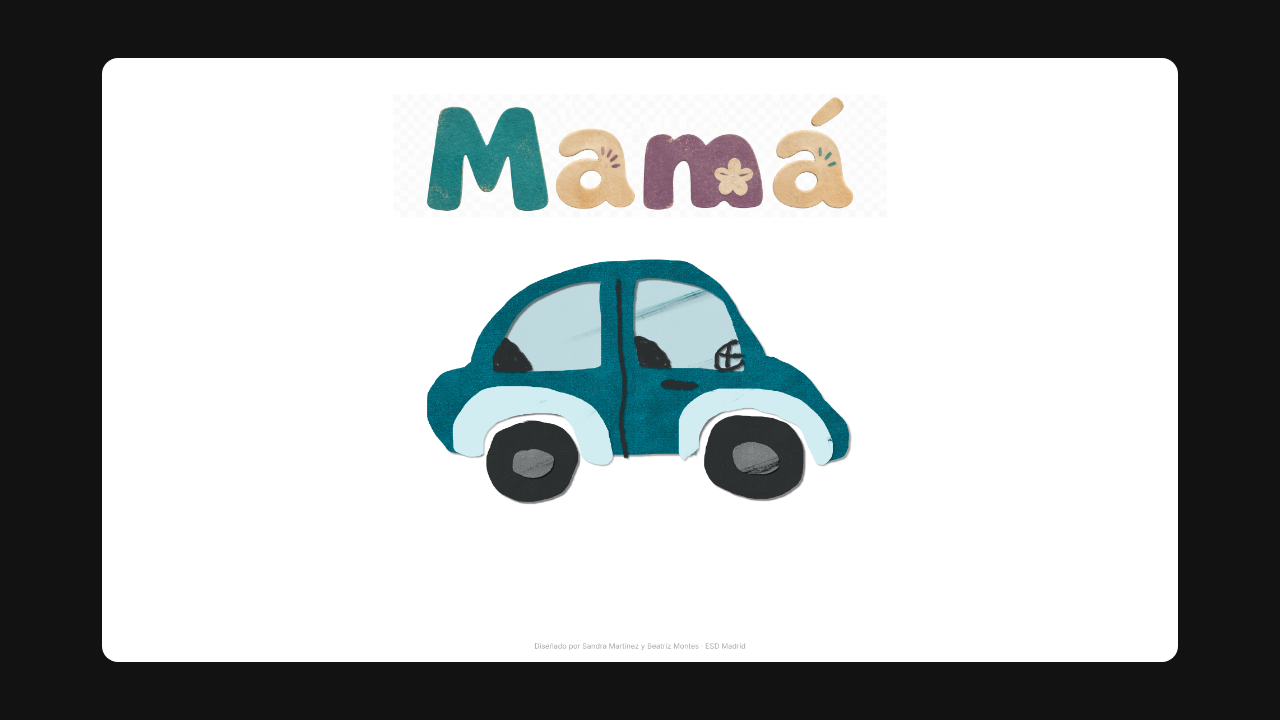
Repository: kirbyeater23/videoJuego
Page: index.html
The author's editor kept a copy of each file at every save. The page is drawn from the files as they stood at one save, then again after the next save.
The browser window is 1280 px wide. The pictures show the whole page.

Above is the page before, as saved 2026-05-04 18:18:52.

### index.html
<!DOCTYPE html>
<html lang="es">
<head>
  <meta charset="UTF-8">
  <meta name="viewport" content="width=device-width, initial-scale=1.0">
  <title>EMPATIA</title>
  <style>
    @import url('https://fonts.googleapis.com/css2?family=Inter:ital,opsz,wght@0,14..32,100..900;1,14..32,100..900&display=swap');
    *, *::before, *::after {
      box-sizing: border-box;
      margin: 0;
      padding: 0;
      -webkit-tap-highlight-color: transparent;
    }
    [v-cloak] { display: none; }
    html, body, #app {
      width: 100%;
      height: 100%;
      background: #fff;
      overflow: hidden;
    }
    body {
      display: flex;
      justify-content: center;
      align-items: center;
      font-family: Inter;
    }
    .game-shell {
      position: relative;
      width: 100vw;
      height: 100vh;
      display: flex;
      justify-content: center;
      align-items: center;
      background: #121212;
      overflow: hidden;
    }
    canvas {
      display: block;
      image-rendering: auto;
      cursor: pointer;
      max-width: none;
      max-height: none;
      border-radius: 16px;
      -webkit-user-select: none;
      user-select: none;
      touch-action: manipulation;
    }
    .vue-hud {
      position: absolute;
      inset: 0;
      pointer-events: none;
      color: #fff;
    }
    .hint-chip {
      position: absolute;
      left: 50%;
      top: calc(var(--game-canvas-top, 0px) - 8px);
      transform: translate(-50%, -100%);
      padding: 1rem;
      background: rgba(130, 126, 126, 0.88);
      color: rgba(255,255,255,0.82);
      font-family: Inter;
      font-weight: 700;
      font-size: 14px;
      line-height: 1;
      white-space: nowrap;
      border-radius: 50px;
      @media (max-width: 720px){
        font-size: 10px;
        padding: .5rem;
        margin-bottom: 2rem;

      }
    }
    .hud-asset {
      position: absolute;
      pointer-events: none;
    }
    .hud-img {
      display: block;
      width: 100%;
      height: auto;
      user-select: none;
      -webkit-user-select: none;
      -webkit-user-drag: none;
      pointer-events: none;
    }
    .tasks-paper {
      left: clamp(8px, 1.6vw, 22px);
      top: clamp(8px, 2.2vh, 24px);
      width: clamp(92px, 15vw, 250px);
      filter: drop-shadow(4px 8px 3px rgba(0,0,0,0.22));
    }
    .tasks-lines {
      position: absolute;
      left: 28%;
      top: 22%;
      width: 52%;
      color: #e84444;
      font-size: clamp(5px, 0.68vw, 11px);
      line-height: 1.1;
      font-family: Inter;
      font-weight: 700;
      transform: rotate(-1deg);
    }
    .tasks-title {
      font-size: 1.12em;
      margin-bottom: 3px;
    }
    .tasks-section {
      margin-top: 3px;
    }
    .tasks-heading {
      color: #8a170a;
      font-size: 0.78em;
      text-transform: uppercase;
      letter-spacing: 0;
      margin-bottom: 0.5rem;
    }
    .tasks-item {
      overflow: hidden;
      text-overflow: ellipsis;
      white-space: nowrap;
      margin-bottom: 1px;
    }
    .clock-object {
      right: clamp(8px, 1.6vw, 22px);
      top: clamp(8px, 3.5vh, 38px);
      width: clamp(64px, 10.5vw, 160px);
      filter: drop-shadow(3px 5px 2px rgba(0,0,0,0.28));
    }
    .clock-text {
      position: absolute;
      inset: 35% 17% 24% 14%;
      display: flex;
      align-items: center;
      justify-content: center;
      color: #9d2e22;
      font: 700 clamp(16px, 2.4vw, 31px)/1 Inter;
      transform: rotate(-1deg);
    }
    .notice {
      position: absolute;
      right: clamp(-18px, -1vw, -6px);
      top: clamp(72px, 12vh, 132px);
      width: clamp(260px, 48vw, 680px);
      aspect-ratio: 4.55;
      min-height: clamp(44px, 7vw, 74px);
      padding: clamp(10px, 1.8vw, 20px) clamp(12px, 2.2vw, 26px) clamp(8px, 1.4vw, 16px) clamp(72px, 13vw, 178px);
      background-image: url('assets/img/objetos/notificacion.png');
      background-repeat: no-repeat;
      background-size: 100% auto;
      background-position: center;
      color: #fff;
      display: flex;
      align-items: center;
      justify-content: center;
      text-align: center;
      font-size: clamp(10px, 1.1vw, 18px);
      line-height: 1.3;

      filter: drop-shadow(3px 8px 3px rgba(0,0,0,0.18));
      overflow: hidden;
    }
    .notice-text {
      display: -webkit-box;
      -webkit-box-orient: vertical;
      -webkit-line-clamp: 3;
      overflow: hidden;
    }
    .fade-layer {
      position: absolute;
      inset: 0;
      background: #000;
      opacity: 0;
      pointer-events: none;
    }
    .touch-controls {
      position: absolute;
      left: 50%;
      top: calc(var(--game-canvas-bottom, 100vh) + 14px);
      z-index: 5;
      display: none;
      gap: 18px;
      transform: translateX(-50%);
      pointer-events: auto;
    }
    .touch-btn {
      width: 62px;
      height: 62px;
      border: 0;
      border-radius: 50%;
      background: rgba(130, 126, 126, 0.92);
      color: #fff;
      font-family: Inter;
      font-size: 34px;
      font-weight: 800;
      line-height: 1;
      box-shadow: 0 8px 18px rgba(0,0,0,0.22);
      touch-action: none;
      user-select: none;
      -webkit-user-select: none;
      -webkit-touch-callout: none;
    }
    .touch-btn:active {
      transform: scale(0.96);
      background: rgba(95, 93, 93, 0.95);
    }
    .vue-hud.is-title .tasks-paper,
    .vue-hud.is-title .clock-object,
    .vue-hud.is-title .notice,
    .vue-hud.is-title .hint-chip {
      display: none;
    }
    @media (max-width: 720px) {
      .tasks-paper { width: clamp(78px, 27vw, 132px); left: 8px; top: 10px; }
      .tasks-lines { font-size: clamp(4.5px, 1.35vw, 6.5px); }
      .clock-object { width: clamp(56px, 18vw, 86px); right: 8px; top: 12px; }
      .notice { top: 76px; width: 330px; min-height: 54px; padding: 15px 18px 10px 92px; font-size: 10px; }
      .hint-chip { font-size: 10px; max-width: calc(100vw - 24px); overflow: hidden; text-overflow: ellipsis; }
      .touch-controls { display: flex; margin-top: 4rem; }
    }
    @media (max-width: 720px) and (orientation: portrait) {
      .tasks-paper { top: 12px; width: clamp(82px, 29vw, 128px); }
      .clock-object { top: 14px; width: clamp(58px, 19vw, 84px); }
      .notice {
        top: clamp(58px, 12vh, 86px);
        right: -74px;
        width: clamp(300px, 92vw, 430px);
        min-height: clamp(44px, 13vw, 58px);
        padding: clamp(10px, 3vw, 15px) clamp(74px, 21vw, 92px) clamp(8px, 2.5vw, 13px) clamp(74px, 21vw, 92px);
        font-size: clamp(0px, 2.5vw, 10px);
      }
    }
    @media (max-height: 560px) and (orientation: landscape) {
      .tasks-paper { width: clamp(80px, 12vw, 142px); top: 6px; }
      .tasks-lines { font-size: clamp(4.5px, 0.72vw, 7px); }
      .clock-object { width: clamp(58px, 8vw, 92px); top: 8px; }
      .notice {
        top: clamp(42px, 11vh, 64px);
        right: clamp(-120px, -10vw, -62px);
        width: clamp(340px, 46vw, 560px);
        min-height: clamp(42px, 6vw, 62px);
        padding: clamp(10px, 1.7vw, 18px) clamp(86px, 10vw, 140px) clamp(8px, 1.3vw, 14px) clamp(86px, 10vw, 140px);
        font-size: clamp(9px, 1.3vw, 13px);
      }
    }
    @media (max-height: 560px) and (orientation: landscape) {
      .touch-controls {
        left: 0;
        top: 50%;
        width: 100%;
        display: flex;
        justify-content: space-between;
        padding: 0 max(10px, calc(var(--game-canvas-left, 0px) - 74px));
        transform: translateY(-50%);
      }
    }
  </style>
</head>
<body>
  <div id="app" v-cloak>
    <main class="game-shell">
      <canvas id="c"></canvas>
      <section class="vue-hud" :class="{ 'is-title': titleActive }">
        <div class="hud-asset tasks-paper">
          <img class="hud-img" src="assets/img/objetos/tareas.png" alt="" draggable="false">
          <div class="tasks-lines">
            <div class="tasks-title">Tareas</div>
            <div class="tasks-section" v-if="currentTasks.length">
              <div class="tasks-heading">Ahora</div>
              <div class="tasks-item" v-for="(task, i) in currentTasks" :key="'current-' + i + '-' + task">{{ task }}</div>
            </div>
            <div class="tasks-section" v-if="completedTasks.length">
              <div class="tasks-heading">Hechas</div>
              <div class="tasks-item" v-for="(task, i) in completedTasks.slice(-3)" :key="'done-' + i + '-' + task">✓ {{ task }}</div>
            </div>
            <div class="tasks-section" v-if="missedTasks.length">
              <div class="tasks-heading">Faltan</div>
              <div class="tasks-item" v-for="(task, i) in missedTasks.slice(-4)" :key="'missed-' + i + '-' + task">• {{ task }}</div>
            </div>
          </div>
        </div>
        <div class="hud-asset clock-object">
          <img class="hud-img" src="assets/img/objetos/relojVacioContador.png" alt="" draggable="false">
          <div class="clock-text">{{ clock }}</div>
        </div>
        <div class="notice" v-show="notification"><span class="notice-text">{{ notification }}</span></div>
        <div class="hint-chip">A / D para moverte · clic para interactuar</div>
        <div class="fade-layer" ref="fadeLayer"></div>
      </section>
      <div class="touch-controls" aria-label="Controles táctiles">
        <button class="touch-btn" type="button" data-move-key="left" aria-label="Mover a la izquierda">‹</button>
        <button class="touch-btn" type="button" data-move-key="right" aria-label="Mover a la derecha">›</button>
      </div>
    </main>
  </div>
  <script src="https://unpkg.com/vue@3/dist/vue.global.prod.js"></script>
  <script src="https://unpkg.com/gsap@3/dist/gsap.min.js"></script>
  <script src="js/ui.js"></script>
  <script src="js/game.js"></script>
</body>
</html>

### js/ui.js
'use strict';

if (!window.Vue || !window.gsap) {
  window.GameUI = null;
  document.getElementById('app')?.removeAttribute('v-cloak');
  document.querySelector('.vue-hud')?.remove();
} else {
const { createApp, nextTick } = Vue;

createApp({
  data() {
    return {
      sceneName: 'EMPATIA',
      clock: '07:00',
      notification: '',
      currentTasks: [],
      completedTasks: [],
      missedTasks: [],
      titleActive: true,
      _noticeTween: null,
      _typeTween: null,
    };
  },

  mounted() {
    window.GameUI = {
      setScene: sceneName => { this.sceneName = sceneName || 'EMPATIA'; },
      setTitleActive: active => { this.titleActive = !!active; },
      setClock: clock => { this.clock = clock; },
      setTasks: ({ current = [], completed = [], missed = [] }) => {
        this.currentTasks = current;
        this.completedTasks = completed;
        this.missedTasks = missed;
      },
      setNotification: text => this.showNotification(text),
      clearNotification: () => { this.notification = ''; },
      fadeToBlack: () => this.fadeTo(1),
      fadeFromBlack: () => this.fadeTo(0),
    };

    gsap.from('.tasks-paper, .clock-object, .hint-chip', {
      opacity: 0,
      y: -10,
      duration: 0.55,
      stagger: 0.06,
      ease: 'power2.out',
    });
  },

  methods: {
    fadeTo(opacity) {
      gsap.to(this.$refs.fadeLayer, {
        opacity,
        duration: 0.22,
        ease: opacity > 0 ? 'power2.inOut' : 'power2.out',
      });
    },

    showNotification(text) {
      this.notification = text || '';
      nextTick(() => {
        if (this._noticeTween) this._noticeTween.kill();
        if (this._typeTween) this._typeTween.kill();
        const noticeText = document.querySelector('.notice-text');
        const fullText = this.notification;
        if (noticeText) noticeText.textContent = '';
        this._noticeTween = gsap.fromTo('.notice',
          { opacity: 0, x: 42, scale: 0.98 },
          { opacity: 1, x: 0, scale: 1, duration: 0.35, ease: 'back.out(1.5)' }
        );
        if (!noticeText || !fullText) return;
        const cursor = { count: 0 };
        this._typeTween = gsap.to(cursor, {
          count: fullText.length,
          duration: Math.min(2.4, Math.max(0.55, fullText.length * 0.035)),
          ease: 'none',
          snap: { count: 1 },
          onUpdate: () => {
            noticeText.textContent = fullText.slice(0, cursor.count);
          },
          onComplete: () => {
            noticeText.textContent = fullText;
          },
        });
      });
    },
  },
}).mount('#app');
}

Loaded but not shown: js/game.js (1806 lines, source omitted)

After the next save:
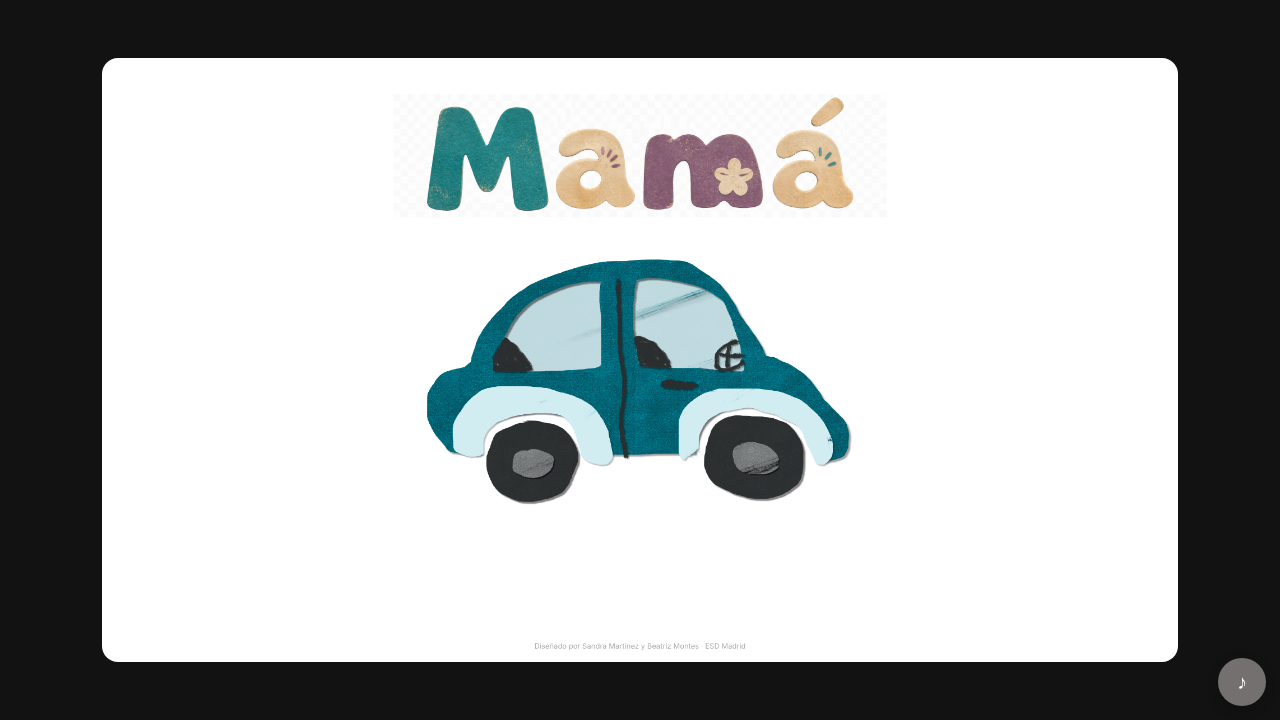
Saved 11 min 15 s later.
--- a/index.html
+++ b/index.html
@@ -159,6 +159,7 @@
       text-align: center;
       font-size: clamp(10px, 1.1vw, 18px);
       line-height: 1.3;
+      jus
 
       filter: drop-shadow(3px 8px 3px rgba(0,0,0,0.18));
       overflow: hidden;
@@ -204,6 +205,32 @@
       -webkit-touch-callout: none;
     }
     .touch-btn:active {
+      transform: scale(0.96);
+      background: rgba(95, 93, 93, 0.95);
+    }
+    .sound-btn {
+      position: absolute;
+      right: 14px;
+      bottom: 14px;
+      z-index: 10;
+      width: 48px;
+      height: 48px;
+      border: 0;
+      border-radius: 50%;
+      background: rgba(130, 126, 126, 0.88);
+      color: #fff;
+      font-family: Inter;
+      font-size: 20px;
+      font-weight: 800;
+      line-height: 1;
+      cursor: pointer;
+      box-shadow: 0 4px 12px rgba(0,0,0,0.22);
+      touch-action: none;
+      user-select: none;
+      -webkit-user-select: none;
+      -webkit-touch-callout: none;
+    }
+    .sound-btn:active {
       transform: scale(0.96);
       background: rgba(95, 93, 93, 0.95);
     }
@@ -294,6 +321,13 @@
         <button class="touch-btn" type="button" data-move-key="left" aria-label="Mover a la izquierda">‹</button>
         <button class="touch-btn" type="button" data-move-key="right" aria-label="Mover a la derecha">›</button>
       </div>
+      <button class="sound-btn" id="soundToggle" type="button" aria-label="Silenciar sonido"
+        onclick="(function(btn){
+          if (!window.GameAudio) return;
+          const m = window.GameAudio.toggle();
+          btn.textContent = m ? '×' : '♪';
+          btn.setAttribute('aria-label', m ? 'Activar sonido' : 'Silenciar sonido');
+        })(this)">♪</button>
     </main>
   </div>
   <script src="https://unpkg.com/vue@3/dist/vue.global.prod.js"></script>
